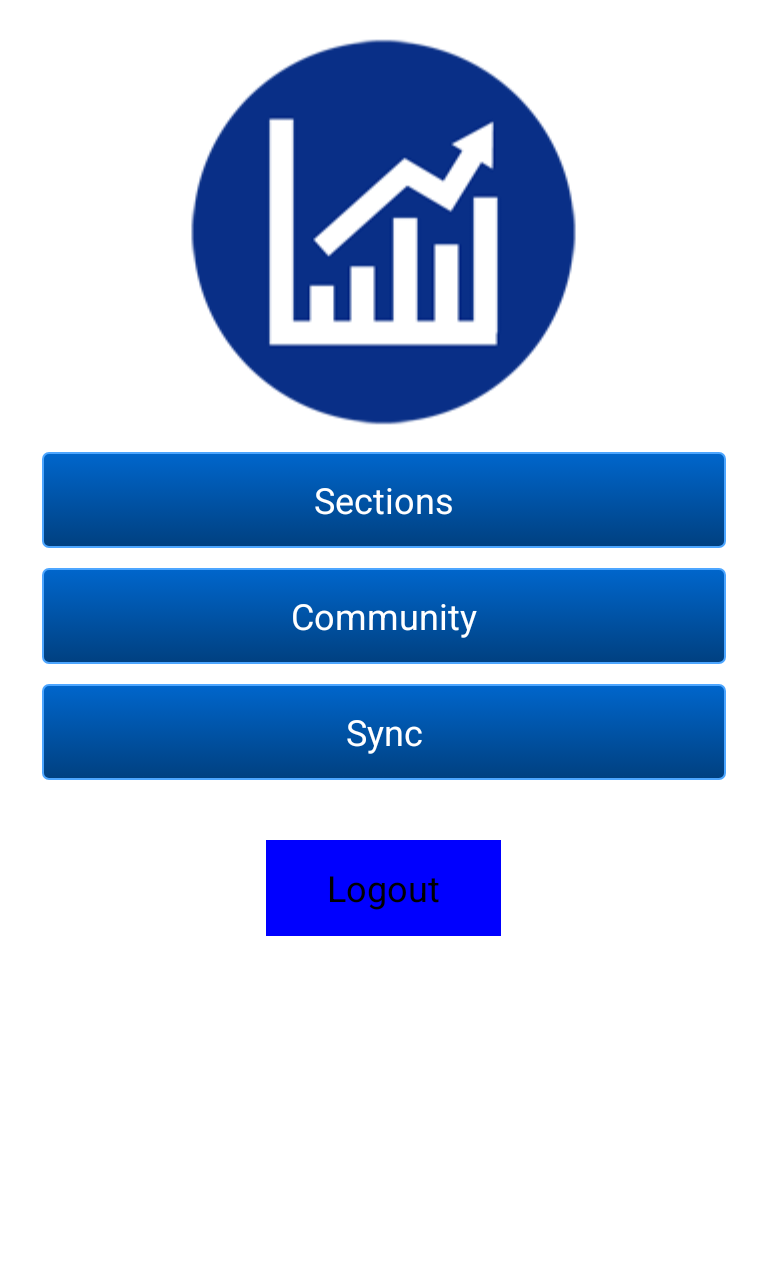
Repository: prabushitha/hydrosaver
Layout: hydrosaver/res/layout/activity_home.xml
An editor plug-in stored every save of this project. The layout is shown before and after a run of saves, followed by the edit.
It is drawn on a 768 x 1280 px phone screen (xhdpi) without system bars, with theme AppTheme; the app's code is not run.

Above is the layout before, as saved 2016-10-08 05:27:20.

After the next 2 saves:
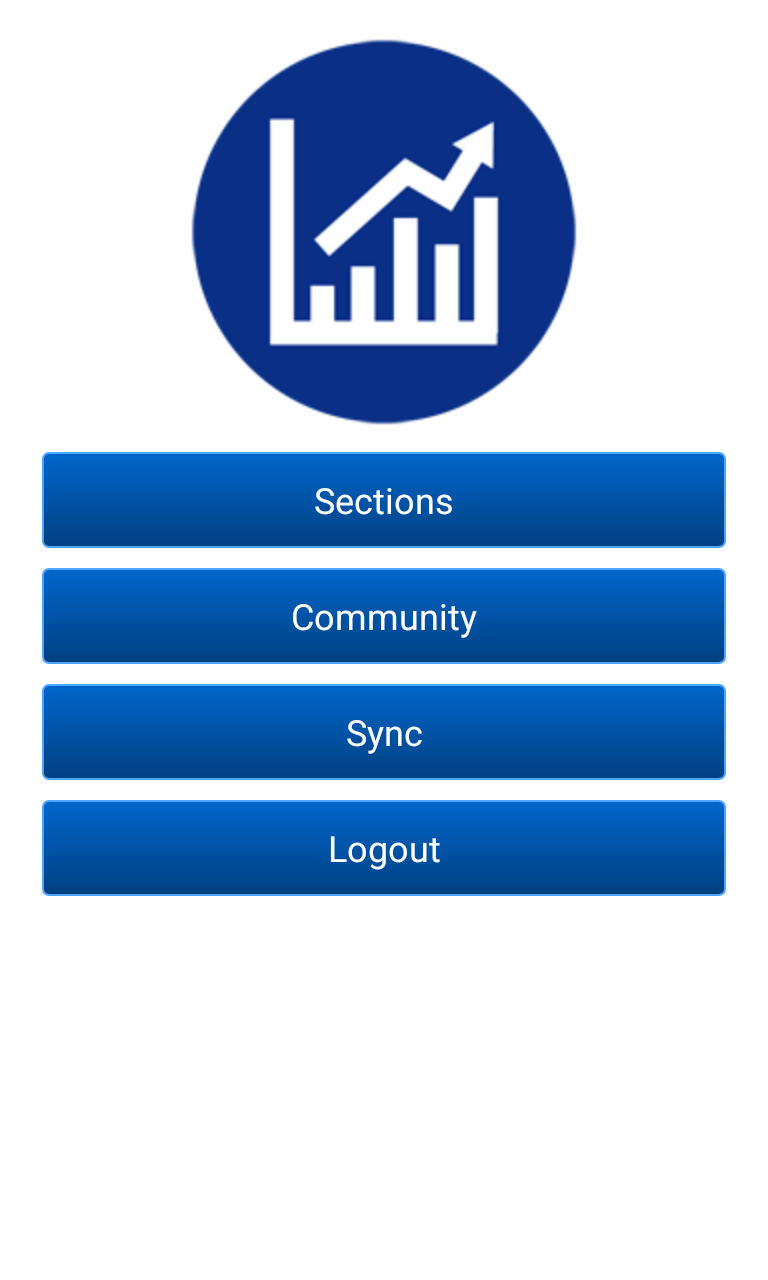
The 2 saves are shown as one change because 1 did not build or start.
The last was saved 91 s later.
--- a/hydrosaver/res/layout/activity_home.xml
+++ b/hydrosaver/res/layout/activity_home.xml
@@ -100,27 +100,25 @@
 
 
 		    <TableRow >
-		        <TextView
-		            android:layout_width="0dp"
-					android:layout_weight="1"
-		            />
 		        <!-- Login button -->
+
 		        <Button
-		            android:id="@+id/btnLogout"
-		            android:layout_width="0dp"
-		            android:layout_weight="1"
-		            android:layout_height="wrap_content"
-		            android:layout_marginTop="30dp"
-		            android:background="#0000FF"
-		            android:text="Logout"/>
+	                android:id="@+id/btnLogout"
+	                android:layout_marginTop="20px"
+	                android:layout_marginLeft="10px"
+	                android:layout_marginRight="10px"
+	                android:padding="10dp"
+	                android:layout_width="fill_parent"
+	                android:layout_height="match_parent"
+	                android:background="@drawable/mybutton"
+	                android:text="Logout"
+	                android:layout_weight="1"
+	                android:textColor="#ffffff"
+	                />
+		        </TableRow>
 
-		        <TextView
-		            android:layout_width="0dp"
-					android:layout_weight="1"
-		            />
-		    </TableRow>
 
 		</TableLayout>
-		</ScrollView>
+	</ScrollView>
 
 </RelativeLayout>
